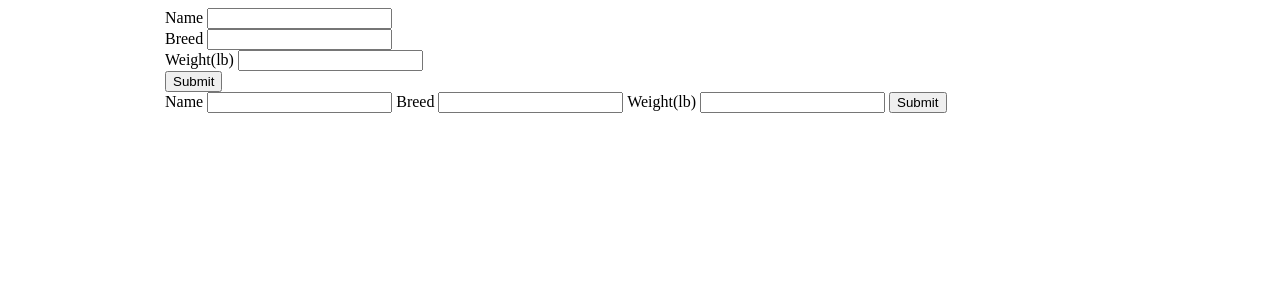
Repository: harshithamagani/Java-Basics
Page: http://localhost/pets/
An editor plug-in stored every save of this project. The page is shown before and after the next save, followed by the edit.
The browser window is 1280 px wide. The pictures show the whole page.
The page is served by Tomcat 9.

Above is the page before, as saved 2019-11-05 00:59:37.

After the next save:
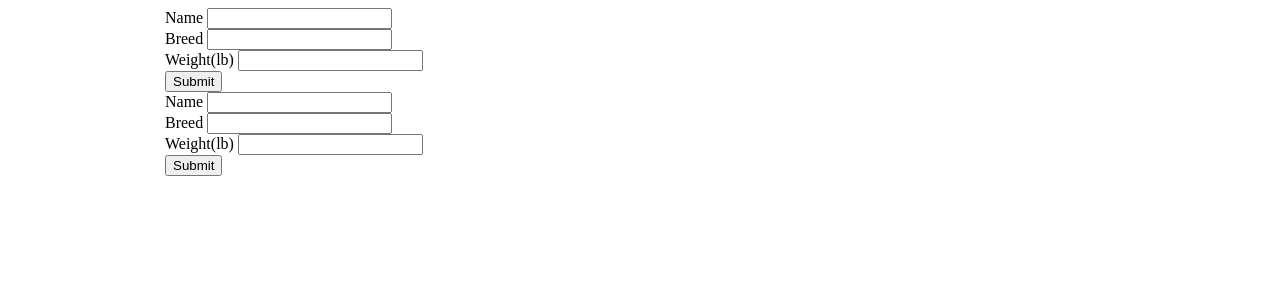
Saved 78 s later.
--- a/pets/WebContent/WEB-INF/index.jsp
+++ b/pets/WebContent/WEB-INF/index.jsp
@@ -34,11 +34,11 @@ display: inline;
 		<div id="cat-section">
 		<form action="/cat" method="GET">
 			<label>Name</label>
-			<input name="name" type="text">
+			<input name="name" type="text"><br>
 			<label>Breed</label>
-			<input name="breed" type="text">
+			<input name="breed" type="text"><br>
 			<label>Weight(lb)</label>
-			<input name="weight" type="text">
+			<input name="weight" type="text"> <br>
 			<input name="submit" type="submit" value="Submit">
 		</form>
 		</div>
